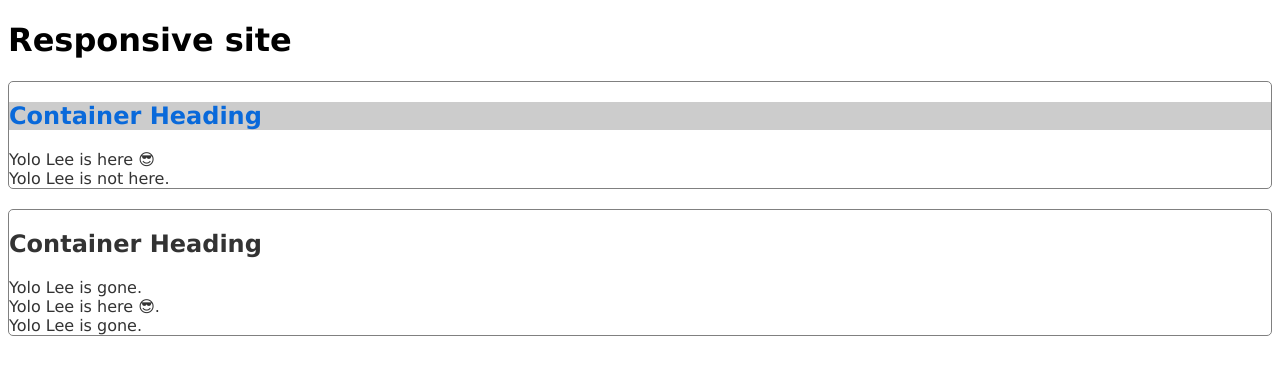
Repository: HyunJunggggg/MDIA2109
Page: inclass/week6/index.html
The author's editor kept a copy of each file at every save. The page is drawn from the files as they stood at one save, then again after the next save.
The browser window is 1280 px wide. The pictures show the whole page.

Above is the page before, as saved 2025-02-13 14:36:35.

After the next save:
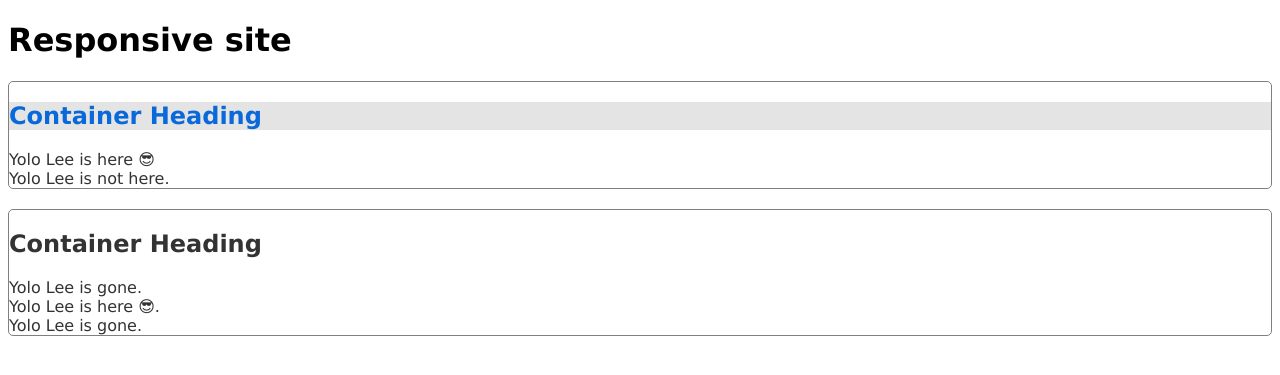
Saved 11 s later.
--- a/inclass/week6/css/style.css
+++ b/inclass/week6/css/style.css
@@ -19,5 +19,5 @@ html{
 
 .container__header{
   color: #0969da;
-  background-color: #ccc;
+  background-color: #ccc8;
 }
